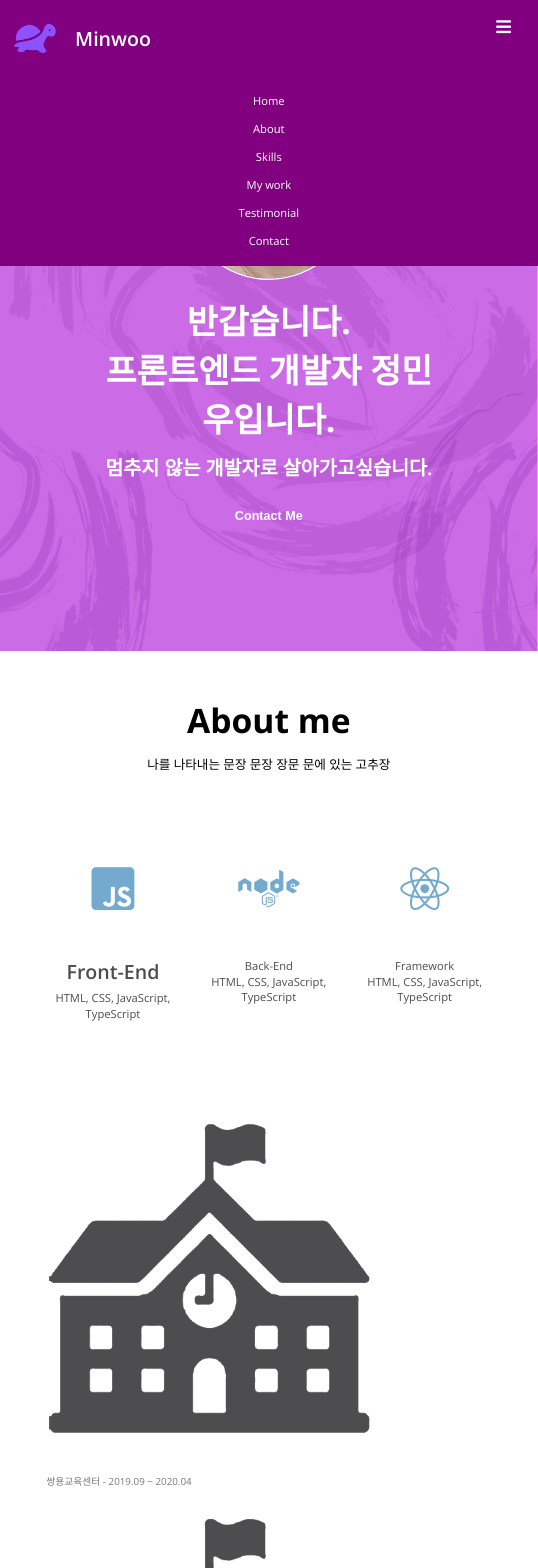
Repository: DevMinwoo-Jung/MinwooPortfolio
Page: index.html
The author's editor kept a copy of each file at every save. The page is drawn from the files as they stood at one save, then again after the next save.
The browser window is 768 px wide. The pictures show the part of the page from y = 0 to 2240 px (the page is 6853 px tall), at 70% of full size.
After loading, the first visible `button.navbar__toggle-btn` was clicked once.

Above is the page before, as saved 2021-06-05 14:54:55.

### index.html
<!DOCTYPE html>
<html lang="en">
<head>
  <meta charset="UTF-8">
  <meta http-equiv="X-UA-Compatible" content="IE=edge">
  <meta name="viewport" content="width=device-width, initial-scale=1.0">
  <title>Minwoo's Portfolio</title>
  <meta name="description" content="(will be) world-renowned Front-End Web developer Minwoo">
  <meta name="author" content= "Minwoo Jung">
  <link rel="icon" type ="image/png" href="imgs/favicon.png">
  <link rel="stylesheet" href="https://use.fontawesome.com/releases/v5.15.3/css/all.css" integrity="sha384-SZXxX4whJ79/gErwcOYf+zWLeJdY/qpuqC4cAa9rOGUstPomtqpuNWT9wdPEn2fk" crossorigin="anonymous">
  <link rel="preconnect" href="https://fonts.gstatic.com">
<link href="https://fonts.googleapis.com/css2?family=Open+Sans:wght@400;600;700&display=swap" rel="stylesheet">
<link rel="stylesheet" href="style.css">
<script src="main.js" defer></script>
</head>
<body>
  <!-- Navbar -->
  <nav id="navbar">
    <div class="navbar__logo">
      <img src="imgs/favicon.png" alt="">
      <a href="#">Minwoo</a>
    </div>
    <div class="navbar__menu">
      <ul class="navbar__menu">
        <li class="navbar__menu__item active" data-link="#home">Home</li>
        <li class="navbar__menu__item" data-link="#about">About</li>
        <li class="navbar__menu__item" data-link="#skills">Skills</li>
        <li class="navbar__menu__item" data-link="#work">My work</li>
        <li class="navbar__menu__item" data-link="#testimonials">Testimonial</li>
        <li class="navbar__menu__item" data-link="#contact">Contact</li>
      </ul>
    </div>
  <!-- Toggle Button -->
      <button class="navbar__toggle-btn">
        <i class="fas fa-bars"></i>
      </button>
  </nav>

  <!-- Arrow Button -->
    <button class="home__btn" data-link="#home">
      <i class="fas fa-chevron-circle-up"></i>
    </button>


  <!-- Home -->
  <section id="home">
    <div class="home__container">
      <img src="imgs/myPhoto.jpg" alt="Minwoo's profile photo" class="home__avatar">
      <h1 class="home__title">반갑습니다. <br> 프론트엔드 개발자 정민우입니다.</h1>
      <h2 class="home__description">멈추지 않는 개발자로 살아가고싶습니다.</h2>
      <button class="home__contact" data-link="#contact">Contact Me</button>
    </div>
  </section>
  <!-- About -->
  <section id="about" class="section section__container">
    <h1>About me</h1>
    <p>나를 나타내는 문장 문장 장문 문에 있는 고추장</p>
    <div class="aoubt__majors">
      <div class="major">
        <div class="major__icon">
          <i class="fab fa-js-square"></i>
        </div>
        <h2 class="major__title">Front-End</h2>
        <div class="major__description">
          HTML, CSS, JavaScript, TypeScript
        </div>
      </div>
      <div class="major">
        <div class="major__icon">
          <i class="fab fa-node"></i>
        </div>
        <div class="major__title">Back-End</div>
        <div class="major__description">
          HTML, CSS, JavaScript, TypeScript
        </div>
      </div>
      <div class="major">
        <div class="major__icon">
          <i class="fab fa-react"></i>
        </div>
        <div class="major__title">Framework</div>
        <div class="major__description">
          HTML, CSS, JavaScript, TypeScript
        </div>
      </div>
    </div>
    <div class="aoubt__jobs">
      <div class="job">
        <img src="imgs/school.png" alt="" class="job__logo">
      </div>
      <div class="job__description">
        <p class="job__period">쌍용교육센터 - 2019.09 ~ 2020.04</p>
      </div>
      <div class="job">
        <img src="imgs/school.png" alt="" class="job__logo">
      </div>
      <div class="job__description">
        <p class="job__period">호서대학교 - 2012.02 ~ 2017.02</p>
      </div>
    </div>



  </section>
  <!-- Skills -->
  <section id="skills" class="section">
    <div class="section__container">
      <h1>Skills</h1>
      <h2>Skills & Attributes</h2>
      <p>
        나를 잘 포장할 말을 쓰면 된다
      </p>
      <div class="skillset">
        <div class="skillset__left">
          <h3 class="skillset__title">Skills</h3>
          <div class="skill">
            <div class="skill__description">
              <span>HTML</span>
              <span>90%</span>
            </div>
            <div class="skill__bar">
              <div class="skill__value" style="width: 99%;"></div>
            </div>
          </div>
          <div class="skill">
            <div class="skill__description">
              <span>JavaScript</span>
              <span>90%</span>
            </div>
            <div class="skill__bar">
              <div class="skill__value"  style="width: 99%;"></div>
            </div>
          </div>
          <div class="skill">
            <div class="skill__description">
              <span>CSS</span>
              <span>90%</span>
            </div>
            <div class="skill__bar">
              <div class="skill__value"  style="width: 90%;"></div>
            </div>
          </div>
          <div class="skill">
            <div class="skill__description">
              <span>TypeScript</span>
              <span>90%</span>
            </div>
            <div class="skill__bar">
              <div class="skill__value"  style="width: 85%;"></div>
            </div>
          </div>
          <div class="skill">
            <div class="skill__description">
              <span>NodeJs</span>
              <span>90%</span>
            </div>
            <div class="skill__bar">
              <div class="skill__value"  style="width: 80%;"></div>
            </div>
          </div>
        </div>
        <div class="skillset__right">
          <div class="tools">
            <h3 class="skillset__title">Tools</h3>
            <ul class="tools__list">
              <li><span>Visual Studio Code</span></li>
              <li><span>1</span></li>
              <li><span>2</span></li>
              <li><span>3</span></li>
              <li><span>4</span></li>
            </ul>
          </div>
          <div class="etc">
            <h3 class="skillset__title">Etc</h3>
            <ul class="etc__list">
              <li><span>Git</span></li>
              <li><span>Etc</span></li>
            </ul>
          </div>
        </div>
      </div>
    </div>
  </section>
  <!-- Work -->
  <section id="work" class="section">
<div class="section__container">
  <h1>My work</h1>
  <h3>Projects</h3>
  <div class="work__categories">
    <button class="category__btn selected" data-filter="*">All <span class="category__count">8</span></button>
    <button class="category__btn" data-filter="Front-End">Front-End <span class="category__count">3</span></button>
    <button class="category__btn" data-filter="React">React <span class="category__count">2</span></button>
    <button class="category__btn" data-filter="vanilaJs">VanilaJs <span class="category__count">2</span></button>
    <button class="category__btn" data-filter="nodeJs">NodeJs <span class="category__count">1</span></button>
  </div>
  <div class="work__projects">
    <a href="mygithub" class="project" target="blank" data-type="*">
    <img class="project__img" src="imgs/favicon.png" alt="project1">
    <!-- 이미지 추후에 넣자 -->
    <div class="project__description">
      <h3>Proejct</h3>
      <span>Clone coding with HTML and CSS</span>
    </div>
    </a>
    <a href="mygithub" class="project" target="blank" data-type="Front-End">
      <img class="project__img" src="imgs/favicon.png" alt="project1">
      <!-- 이미지 추후에 넣자 -->
      <div class="project__description">
        <h3>Proejct</h3>
        <span>Clone coding with HTML and CSS</span>
      </div>
      </a>
      <a href="mygithub" class="project" target="blank" data-type="Front-End">
        <img class="project__img" src="imgs/favicon.png" alt="project1">
        <!-- 이미지 추후에 넣자 -->
        <div class="project__description">
          <h3>Proejct</h3>
          <span>Clone coding with HTML and CSS</span>
        </div>
      </a>
      <a href="mygithub" class="project" target="blank" data-type="React">
        <img class="project__img" src="imgs/favicon.png" alt="project1">
        <!-- 이미지 추후에 넣자 -->
        <div class="project__description">
          <h3>Proejct</h3>
          <span>Clone coding with HTML and CSS</span>
        </div>
      </a>
      <a href="mygithub" class="project" target="blank" data-type="vanilaJs">
        <img class="project__img" src="imgs/favicon.png" alt="project1">
        <!-- 이미지 추후에 넣자 -->
        <div class="project__description">
          <h3>Proejct</h3>
          <span>Clone coding with HTML and CSS</span>
        </div>
      </a>
      <a href="mygithub" class="project" target="blank" data-type="vanilaJs">
        <img class="project__img" src="imgs/favicon.png" alt="project1">
        <!-- 이미지 추후에 넣자 -->
        <div class="project__description">
          <h3>Proejct</h3>
          <span>Clone coding with HTML and CSS</span>
        </div>
      </a>
      <a href="mygithub" class="project" target="blank" data-type="nodeJs">
        <img class="project__img" src="imgs/favicon.png" alt="project1">
        <!-- 이미지 추후에 넣자 -->
        <div class="project__description">
          <h3>Proejct</h3>
          <span>Clone coding with HTML and CSS</span>
        </div>
      </a>
      <a href="mygithub" class="project" target="blank" data-type="React">
        <img class="project__img" src="imgs/favicon.png" alt="project1">
        <!-- 이미지 추후에 넣자 -->
        <div class="project__description">
          <h3>Proejct</h3>
          <span>Clone coding with HTML and CSS</span>
        </div>
      </a>
  </div>
</div>
  </section>
  <!-- Testimonials -->
  <section id="testimonials" class="section">
<div class="section__container">
  <h1>Testmonials</h1>
  <h3>See what they say about me</h3>
  <div class="testimonials">
    <div class="testimonial">
      <img src="imgs/testimonail/people.jpg" alt="" class="testimonial__avatar">
      <div class="testimonail__speech-bubble">
        <p>Lorem Ipsum is simply dummy text of the printing and typesetting industry. Lorem Ipsum has been the industry's standard dummy text ever since the 1500s, when an unknown printer took a galley of type and scrambled it to make a type specimen book. It has survived not only five centuries, but also the leap into electronic typesetting, remaining essentially unchanged. It was popularised in the 1960s with the release of Letraset sheets containing Lorem Ipsum passages, and more recently with desktop publishing software like Aldus PageMaker including versions of Lorem Ipsum.</p>
        <p class="name"><a href="">이름</a>일한곳</p>
      </div>
    </div>
    <div class="testimonial">
      <div class="testimonail__speech-bubble">
        <p>Lorem Ipsum is simply dummy text of the printing and typesetting industry. Lorem Ipsum has been the industry's standard dummy text ever since the 1500s, when an unknown printer took a galley of type and scrambled it to make a type specimen book. It has survived not only five centuries, but also the leap into electronic typesetting, remaining essentially unchanged. It was popularised in the 1960s with the release of Letraset sheets containing Lorem Ipsum passages, and more recently with desktop publishing software like Aldus PageMaker including versions of Lorem Ipsum.</p>
        <p class="name"><a href="">이름</a>일한곳</p>
      </div>
      <img src="imgs/testimonail/people.jpg" alt="" class="testimonial__avatar">
    </div>
  </div>
</div>
  </section>
  <!-- Contact -->
  <section id="contact" class="section">
    <h1 class="contact__title">Let's talk</h1>
    <h2 class="contact__email">applejung312@gmail.com</h2>
    <div class="contact__links">
      <a href="https://github.com/DevMinwoo-Jung" target="_blank">
        <i class="fab fa-github"></i>
      </a>
      <a href="https://dev-minwoo.tistory.com/" target="_blank">
        <i class="fas fa-blog"></i>
      </a>
    </div>
    <p class="contact__right">
      2021 Minwoo Jung - All rights reseverd
    </p>
  </section>
</body>
</html>

### style.css
/* Global */
:root {
  /* Color */
  --color-white: #ffffff;
  --color-light-white: #eeeeee;
  --color-dark-white: #bdbdbd;
  --color-pink: #fe918d;
  --color-dark-pink: #ff6863;
  --color-dark-grey: #4d4d4d;
  --color-grey: #616161;
  --color-light-grey: #7c7979;
  --color-blue: #73aace;
  --color-yellow: #fff7d1;
  --color-orange: #feb546;
  --color-black: #000000;
  --color-dard-purple: rgb(78, 23, 69);

  /* Font size */
  --font-large: 48px;
  --font-medium: 28px;
  --font-regular: 18px;
  --font-small: 16px;
  --font-micro: 14px;

  /* Font weight */
  --weight-bold: 700;
  --weight-semi-bold: 600;
  --weight-regular: 400;

  /* Size */
  --size-border-radius: 4px;

  /* Animation Duration */
  --animation-duration: 300ms;
}

/* Universal tags */
* {
  box-sizing: border-box;
}

/* Typography */
h1 {
  font-size: var(--font-large);
  font-weight: var(--weight-bold);
  color: var(--color-black);
  margin: 16px 0px;
}

h2 {
  font-size: var(--font-medium);
  font-weight: var(--weight-semi-bold);
  color: var(--color-black);
  margin: 8px 0;
}

h3 {
  font-size: var(--font-regular);
  font-weight: var(--weight-regular);
  color: var(--color-black);
  margin: 8px 0;
}

p {
  font-size: var(--font-regular);
  font-weight: var(--weight-regular);
  color: var(--color-black);
  margin: 16px 0;
}

body {
  margin: 0;
  font-family: "Open Sans", sans-serif;
  cursor: default;
}

a {
  text-decoration: none;
  color: var(--color-white);
}

ul {
  list-style: none;
  padding-left: 0;
}

li {
  list-style: none;
}

button {
  background-color: transparent;
  cursor: pointer;
  border: none;
  outline: none;
}

/* Navbar */
#navbar {
  display: flex;
  justify-content: space-between;
  background-color: purple;
  align-items: center;
  position: fixed;
  width: 100%;
  transition: all var(--animation-duration) ease-in-out;
  z-index: 1;
}

#navbar.navbar--dark {
  background-color: rgb(150, 95, 150);
  padding: 8px;
}

.navbar__menu {
  display: flex;
}

.navbar__menu__item {
  padding: 8px 12px;
  margin: 0 4px;
  cursor: pointer;
  color: var(--color-white);
  border: 1px solid transparent;
}

.navbar__menu__item:hover {
  background-color: var(--color-dard-purple);
  border-radius: var(--size-border-radius);
}

.navbar__logo {
  font-size: var(--font-medium);
  font-weight: var(--weight-semi-bold);
  color: white;
}

.navbar__logo img {
  height: 100px;
  width: 100px;
}

.navbar__logo a {
  position: relative;
  bottom: 35px;
}

.navbar__toggle-btn {
  position: absolute;
  right: 32px;
  font-size: 24px;
  color: var(--color-white);
  top: 24px;
  display: none;
}

/* Home */
#home {
  background: url("imgs/background\ Img.png") center/cover no-repeat;
  padding: 150px;
  text-align: center;
}

.home__fadeOut {
  opacity: 0.5;
  transition: all calc(var(--animation-duration)) ease-in-out;
}

.home__avatar {
  width: 250px;
  height: 250px;
  border-radius: 50%;
  border: 2px solid var(--color-white);
}

.home__title,
.home__description {
  color: var(--color-white);
}

.home__contact {
  color: var(--color-white);
  font-size: var(--font-regular);
  font-weight: var(--weight-bold);
  margin: 24px;
  padding: 8px 12px;
  border: 2px solid (var(--color-white));
  border-radius: var(--size-border-radius);
}

/* Section common */
.section {
  margin: auto;
  padding: 50px;
  text-align: center;
}

.section__container {
  max-width: 1200px;
  margin: auto;
}

/* About */
.aoubt__majors {
  display: flex;
  justify-content: space-between;
  margin: 80px 0;
}

.major__icon {
  width: 170px;
  height: 170px;
  font-size: 70px;
  line-height: 170px;
  margin: auto;
  border: 1px solid var(--color-white);
  border-radius: 50%;
  margin-bottom: 16px;
  color: var(--color-blue);
}

.major__icon i {
  transition: all var(--animation-duration) ease;
}

.major__icon:hover i {
  color: var(--color-pink);
  transform: rotate(-30deg) scale(1.1);
}

/*
.major__icon i:hover{
  이렇게하면 i에 올려났을때만 변하지만
  위처럼하면 icon에 올렸을때 i만 변한다
  color: var(--color-pink);
  transform: rotate(-30deg) scale(1.1);
} */

.major__title,
.major__description {
  color: var(--color-dark-grey);
}

.major__description {
  font-size: var(--font-small);
}

.job {
  display: flex;
  align-items: center;
}

.job__description {
  margin: 0 16px;
  text-align: left;
}

.job__name,
.job__period {
  color: var(--color-light-grey);
}

.job__name {
  font-size: var(--font-small);
}

.job__period {
  font-size: var(--font-micro);
}

/* Skill */
#skills {
  background-color: var(--color-yellow);
}

.skillset {
  display: flex;
  background-color: var(--color-light-grey);
  color: var(--color-light-white);
  margin: 20px 0;
}

.skillset__title {
  color: var(--color-white);
}

.skillset__left {
  flex-basis: 60%;
  background-color: var(--color-dark-grey);
  color: var(--color-white);
  padding: 20px 40px;
}

.skill__description {
  display: flex;
  justify-content: space-between;
}

.skillset__right {
  flex-basis: 40%;
}

.tools {
  background-color: var(--color-grey);
}

.skill__bar {
  width: 100%;
  height: 3px;
  background-color: var(--color-grey);
}

.skill {
  margin-bottom: 32px;
}

.skill__value {
  height: 3px;
  background-color: var(--color-orange);
}

.tolls,
.etc {
  padding: 20px;
}

/* Work */
.work__categories {
  margin: 40px;
}

.category__btn {
  border: 1px solid var(--color-dark-grey);
  border-radius: var(--size-border-radius);
  font-size: var(--font-regular);
  padding: 8px 48px;
}

.category__btn.selected,
.category__btn:hover {
  background-color: var(--color-pink);
  color: var(--color-white);
}

.category__btn.selected,
.category__count,
.category__btn:hover .category__count {
  opacity: 1;
  top: 0;
}
.category__count {
  background-color: var(--color-orange);
  border-radius: 50%;
  color: var(--color-white);
  width: 24px;
  height: 24px;
  display: inline-block;
  line-height: 24px;
  position: relative;
  top: -20px;
  left: 4px;
  opacity: 0;
  transition: all var(--animation-duration);
}

.work__projects {
  display: flex;
  flex-wrap: wrap;
  justify-content: center;
  opacity: 1;
  transition: all var(--animation-duration) ease-out;
}

.work__projects.anim-out {
  opacity: 0;
  transform: scale(0.9) translateY(40px);
}

.project {
  width: 280px;
  display: flex;
  justify-content: center;
  align-items: center;
  height: 250px;
  margin: 2px;
  background-color: var(--color-light-white);
  position: relative;
}

.project__img {
  max-width: 100%;
  max-height: 100%;
  align-self: center;
}

.project__description {
  position: absolute;
  top: 0;
  left: 0;
  width: 100%;
  height: 100%;
  display: flex;
  flex-direction: column;
  justify-content: center;
  opacity: 0;
  transition: all var(--animation-duration) ease-in;
  transform: translateY(10px);
  background-color: black;
}

.project.invisible {
  display: none;
}

.project:hover .project__description {
  opacity: 0.8;
  transform: translateY(0px);
}

.project__description h3 {
  color: var(--color-white);
}

.project__description h3:after {
  content: "";
  display: block;
  position: relative;
  width: 25px;
  height: 25px;
  left: 50%;
  margin-left: -12px;
  background-color: var(--color-dark-white);
}

/* Testimonial */
#testimonials {
  background-color: var(--color-dark-white);
}

.testimonials {
  margin: 40px;
}

.testimonial {
  display: flex;
  margin: 32px 0;
}

.testimonial__avatar {
  width: 150px;
  height: 150px;
  border-radius: 50%;
}

.testimonial__avatar:nth-child(odd) {
  margin-right: 40px;
}

.testimonial__avatar:nth-child(even) {
  margin-left: 40px;
}

.testimonail__speech-bubble {
  padding: 18px;
  background-color: var(--color-white);
  border-radius: var(--size-border-radius);
}

.testimonail__speech-bubble p {
  color: var(--color-light-grey);
}

.testimonail__speech-bubble a {
  color: var(--color-pink);
}

/* Contact */

#contact {
  background-color: var(--color-pink);
}

.contact__title,
.contact__email,
.contact__rights {
  color: var(--color-white);
}

.contact__title {
  margin: 32px 0;
}

.contact__links {
  font-size: var(--font-large);
  margin: 24px 0;
}

.contact__links i:hover {
  transform: scale(1.1);
  color: var(--color-yellow);
  transition: all var(--animation-duration) ease-in;
}

.home__btn {
  top: 90%;
  left: 90%;
  position: fixed;
  font-size: 40px;
  color: var(--color-white);
  background-color: purple;
  border-radius: 50%;
  width: 70px;
  height: 70px;
  pointer-events: none;
  opacity: 0;
  transition: opacity var(--animation-duration) ease-in;
}

.home__btn--visible {
  opacity: 1;
  pointer-events: auto;
}

@media screen and (max-width: 768px) {
  .navbar__toggle-btn {
    display: block;
  }
  #navbar {
    flex-direction: column;
    align-items: flex-start;
    transition: 0.4s;
  }
  .navbar__menu {
    flex-direction: column;
    text-align: center;
    width: 100%;
    display: none;
    opacity: 0;
    transition: all var(--animation-duration) ease-in;
    max-height: 0;
  }

  .navbar__menu--show {
    flex-direction: column;
    text-align: center;
    width: 100%;
    display: flex;
    opacity: 1;
    transition: all var(--animation-duration) ease-in;
    max-height: 200;
  }

  .about__majors {
    flex-direction: column;
  }

  .major {
    margin-bottom: 38px;
  }

  .skillset {
    flex-direction: column;
  }

  .testimonail__avatar {
    width: 80px;
    height: 80px;
  }
}

Loaded but not shown: main.js (112 lines, source omitted)

After the next save:
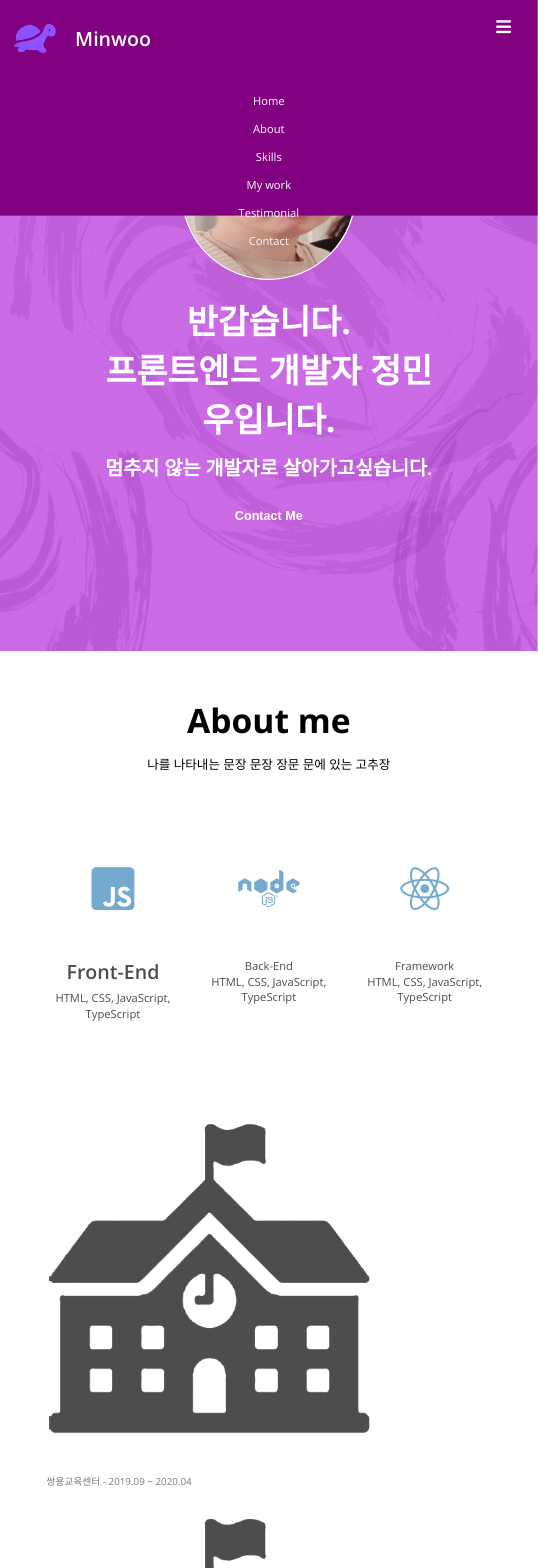
Saved 27 s later.
--- a/style.css
+++ b/style.css
@@ -537,7 +537,7 @@
     display: none;
     opacity: 0;
     transition: all var(--animation-duration) ease-in;
-    max-height: 0;
+    max-height: 0px;
   }
 
   .navbar__menu--show {
@@ -547,7 +547,7 @@
     display: flex;
     opacity: 1;
     transition: all var(--animation-duration) ease-in;
-    max-height: 200;
+    max-height: 200px;
   }
 
   .about__majors {

After the save that followed:
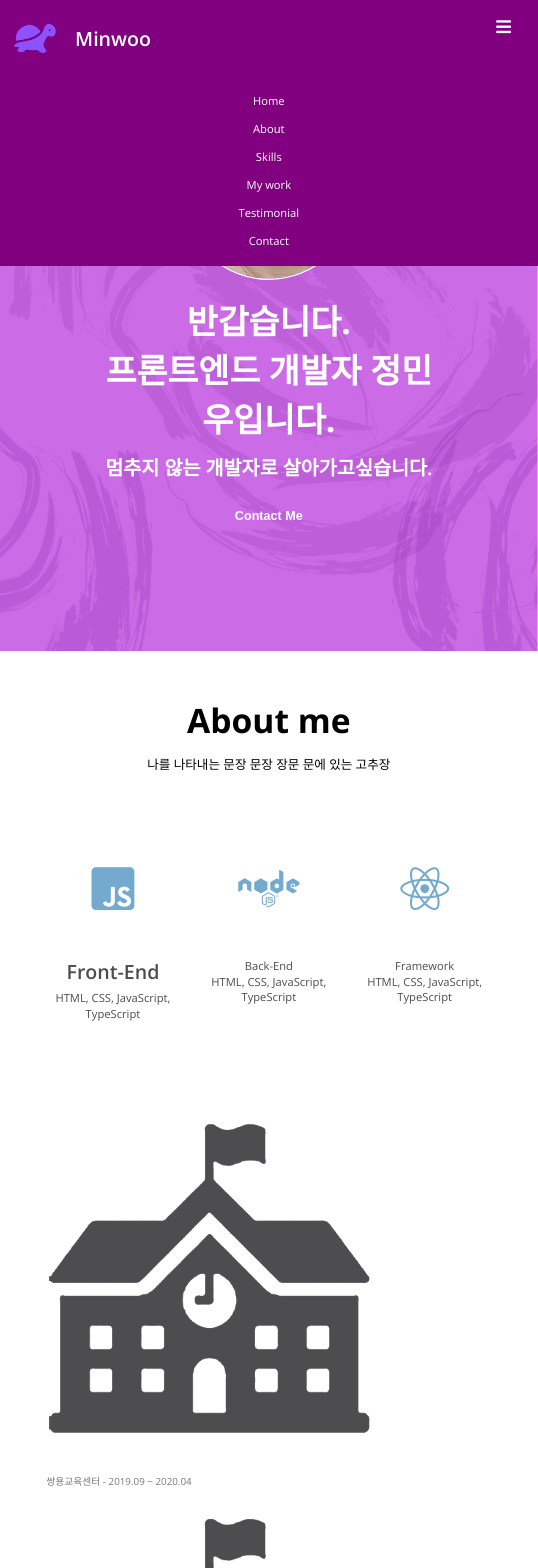
Saved 14 s later.
--- a/style.css
+++ b/style.css
@@ -537,7 +537,6 @@
     display: none;
     opacity: 0;
     transition: all var(--animation-duration) ease-in;
-    max-height: 0px;
   }
 
   .navbar__menu--show {
@@ -547,7 +546,6 @@
     display: flex;
     opacity: 1;
     transition: all var(--animation-duration) ease-in;
-    max-height: 200px;
   }
 
   .about__majors {
